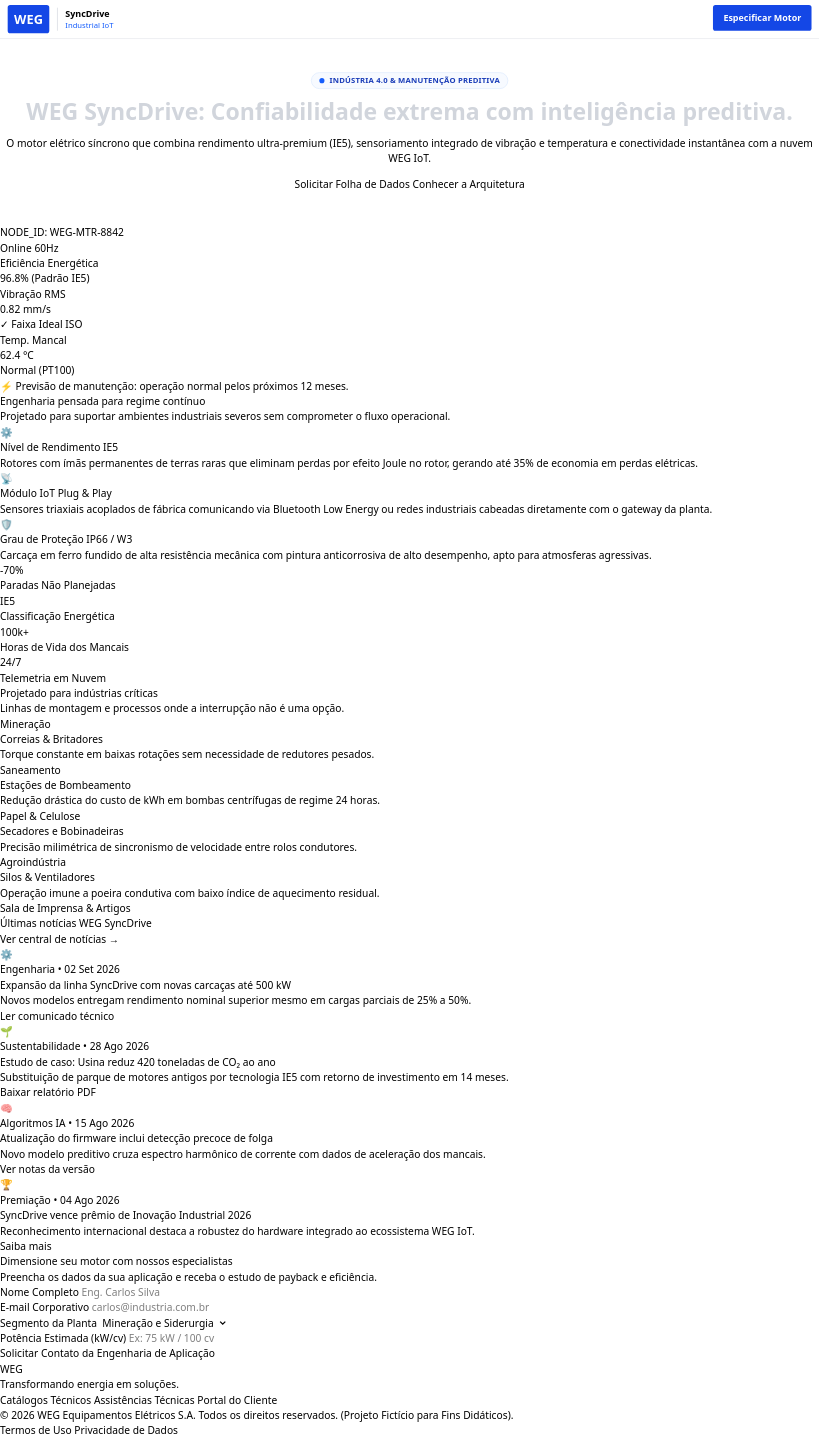
Repository: PatriciaHorst/tailwind-base
Page: index.html
These files come from the project's save history. The page is drawn as it stood at one moment and after the next save; the edit follows.
The browser window is 1280 px wide. The pictures show the whole page, at 64% of full size.

Above is the page before, as saved 2026-09-08 20:01:18.

### index.html
<!DOCTYPE html>
<html lang="pt-BR">
<head>
  <meta charset="UTF-8">
  <meta name="viewport" content="width=device-width, initial-scale=1.0">
  <title>WEG SyncDrive IoT - Exercício Tailwind CSS</title>
  <script src="https://cdn.jsdelivr.net/npm/@tailwindcss/browser@4"></script>
</head>
<body>

  <!-- ==========================================
       1. HEADER / NAVBAR
       Desafio:
       - Fixar no topo (sticky top-0) com fundo translúcido/blur.
       - Logo WEG em destaque com fundo azul industrial.
       - Menu oculto em telas pequenas e visível em lg:.
  =========================================== -->
  <header>
    <div class="flex flex-row justify-between border-b-1 border-gray-200">
      <div class="flex flex-row mx-3 my-2 gap-3 " >
        <div class="bg-blue-700 text-xl font-black text-white px-2.5 py-2 rounded">
          WEG
        </div>
        <div class="flex flex-col pl-3 my-1 border-l-1  border-gray-300" >
          <span class="font-bold text-sm">SyncDrive</span>
          <span class=" text-xs text-blue-600 ">Industrial IoT</span>
        </div>
      </div>

      <nav class="hidden">
        <a href="#solucao">A Solução</a>
        <a href="#recursos">Tecnologia</a>
        <a href="#metricas">Performance</a>
        <a href="#aplicacoes">Aplicações</a>
        <a href="#novidades">Notícias</a>
      </nav>

      <div class=" flex flex-col mx-3 my-2">
        <a class="hidden" href="#contato">Falar com Consultor</a>
        <a  class=" bg-blue-700 text-sm text-white font-semibold px-4 py-2.5 rounded" href="#contato">Especificar Motor</a>
      </div>
    </div>
  </header>

  <main>
    <!-- ==========================================
         2. HERO SECTION
         Desafio:
         - Layout em grid de 2 colunas no desktop (texto + painel de telemetria).
         - Centralizado no mobile, alinhado à esquerda em lg:.
         - Estilizar o card escuro de telemetria com badges e status.
    =========================================== -->
    <section id="solucao">
      <div>
        <div class="flex flex-col">

          <!-- Coluna 1: Conteúdo Textual -->
          <div class="flex flex-col my-13 items-center gap-4">
            <div class="inline-flex items-center gap-2 rounded-full border border-blue-100 bg-blue-50/50 px-3 py-1 text-xs font-semibold tracking-wide text-blue-800 mx-11 ">
              <span class="h-2 w-2 rounded-full bg-blue-600"></span>
              <span>INDÚSTRIA 4.0 & MANUTENÇÃO PREDITIVA</span>
            </div>
            <h1 class="flex flex-col text-center text-gray-300 text-4xl font-black px-1 gap-2 ">WEG SyncDrive: Confiabilidade extrema com inteligência preditiva.</h1>
            <p class=" mx-0.5 text-center">
              O motor elétrico síncrono que combina rendimento ultra-premium (IE5), sensoriamento integrado de vibração e temperatura e conectividade instantânea com a nuvem WEG IoT.
            </p>
            <div>
              <a href="#contato">Solicitar Folha de Dados</a>
              <a href="#recursos">Conhecer a Arquitetura</a>
            </div>
          </div>

          <!-- Coluna 2: Card de Telemetria IoT -->
          <div>
            <div>
              <div>
                <span>NODE_ID: WEG-MTR-8842</span>
                <div>
                  <span></span>
                  <span>Online 60Hz</span>
                </div>
              </div>

              <div>
                <div>
                  <span>Eficiência Energética</span>
                  <div>96.8% <span>(Padrão IE5)</span></div>
                </div>

                <div>
                  <div>
                    <span>Vibração RMS</span>
                    <div>0.82 mm/s</div>
                    <span>✓ Faixa Ideal ISO</span>
                  </div>
                  <div>
                    <span>Temp. Mancal</span>
                    <div>62.4 °C</div>
                    <span>Normal (PT100)</span>
                  </div>
                </div>

                <div>
                  ⚡ Previsão de manutenção: operação normal pelos próximos 12 meses.
                </div>
              </div>
            </div>
          </div>

        </div>
      </div>
    </section>

    <!-- ==========================================
         3. RECURSOS / ESPECIFICAÇÕES TÉCNICAS
         Desafio:
         - Grid responsivo de 3 colunas (1 col mobile, 3 cols desktop).
         - Efeito hover nos cards com transição suave de borda ou sombra.
    =========================================== -->
    <section id="recursos">
      <div>
        <div>
          <h2>Engenharia pensada para regime contínuo</h2>
          <p>Projetado para suportar ambientes industriais severos sem comprometer o fluxo operacional.</p>
        </div>

        <div>
          <article>
            <div>⚙️</div>
            <h3>Nível de Rendimento IE5</h3>
            <p>Rotores com ímãs permanentes de terras raras que eliminam perdas por efeito Joule no rotor, gerando até 35% de economia em perdas elétricas.</p>
          </article>

          <article>
            <div>📡</div>
            <h3>Módulo IoT Plug & Play</h3>
            <p>Sensores triaxiais acoplados de fábrica comunicando via Bluetooth Low Energy ou redes industriais cabeadas diretamente com o gateway da planta.</p>
          </article>

          <article>
            <div>🛡️</div>
            <h3>Grau de Proteção IP66 / W3</h3>
            <p>Carcaça em ferro fundido de alta resistência mecânica com pintura anticorrosiva de alto desempenho, apto para atmosferas agressivas.</p>
          </article>
        </div>
      </div>
    </section>

    <!-- ==========================================
         4. MÉTRICAS / NÚMEROS INDUSTRIAIS
         Desafio:
         - Seção de alto contraste (fundo escuro slate-900).
         - Grid de 2 colunas no mobile e 4 colunas em telas maiores.
    =========================================== -->
    <section id="metricas">
      <div>
        <div>
          <div>
            <div>-70%</div>
            <div>Paradas Não Planejadas</div>
          </div>
          <div>
            <div>IE5</div>
            <div>Classificação Energética</div>
          </div>
          <div>
            <div>100k+</div>
            <div>Horas de Vida dos Mancais</div>
          </div>
          <div>
            <div>24/7</div>
            <div>Telemetria em Nuvem</div>
          </div>
        </div>
      </div>
    </section>

    <!-- ==========================================
         5. APLICAÇÕES INDUSTRIAIS
         Desafio:
         - Grid de 4 colunas adaptável (1 col mobile, 2 sm, 4 lg).
         - Uso de tags de categoria uppercase com tipografia reduzida.
    =========================================== -->
    <section id="aplicacoes">
      <div>
        <div>
          <h2>Projetado para indústrias críticas</h2>
          <p>Linhas de montagem e processos onde a interrupção não é uma opção.</p>
        </div>

        <div>
          <div>
            <span>Mineração</span>
            <h4>Correias & Britadores</h4>
            <p>Torque constante em baixas rotações sem necessidade de redutores pesados.</p>
          </div>

          <div>
            <span>Saneamento</span>
            <h4>Estações de Bombeamento</h4>
            <p>Redução drástica do custo de kWh em bombas centrífugas de regime 24 horas.</p>
          </div>

          <div>
            <span>Papel & Celulose</span>
            <h4>Secadores e Bobinadeiras</h4>
            <p>Precisão milimétrica de sincronismo de velocidade entre rolos condutores.</p>
          </div>

          <div>
            <span>Agroindústria</span>
            <h4>Silos & Ventiladores</h4>
            <p>Operação imune a poeira condutiva com baixo índice de aquecimento residual.</p>
          </div>
        </div>
      </div>
    </section>

    <!-- ==========================================
         6. NOVIDADES / NOTÍCIAS (4 ITENS)
         Desafio:
         - Cabeçalho com alinhamento justify-between.
         - 4 cards em grid: 1 col (mobile), 2 cols (md), 4 cols (lg).
         - Imagem/banner visual com gradiente em cada notícia.
         - Flexbox nos cards para fixar o link de leitura no rodapé.
    =========================================== -->
    <section id="novidades">
      <div>

        <div>
          <div>
            <span>Sala de Imprensa & Artigos</span>
            <h2>Últimas notícias WEG SyncDrive</h2>
          </div>
          <a href="#">Ver central de notícias →</a>
        </div>

        <div>
          <!-- Notícia 1 -->
          <article>
            <div>⚙️</div>
            <div>
              <div>
                <span>Engenharia</span>
                <span>•</span>
                <time>02 Set 2026</time>
              </div>
              <h3>
                <a href="#">Expansão da linha SyncDrive com novas carcaças até 500 kW</a>
              </h3>
              <p>Novos modelos entregam rendimento nominal superior mesmo em cargas parciais de 25% a 50%.</p>
              <a href="#">Ler comunicado técnico</a>
            </div>
          </article>

          <!-- Notícia 2 -->
          <article>
            <div>🌱</div>
            <div>
              <div>
                <span>Sustentabilidade</span>
                <span>•</span>
                <time>28 Ago 2026</time>
              </div>
              <h3>
                <a href="#">Estudo de caso: Usina reduz 420 toneladas de CO₂ ao ano</a>
              </h3>
              <p>Substituição de parque de motores antigos por tecnologia IE5 com retorno de investimento em 14 meses.</p>
              <a href="#">Baixar relatório PDF</a>
            </div>
          </article>

          <!-- Notícia 3 -->
          <article>
            <div>🧠</div>
            <div>
              <div>
                <span>Algoritmos IA</span>
                <span>•</span>
                <time>15 Ago 2026</time>
              </div>
              <h3>
                <a href="#">Atualização do firmware inclui detecção precoce de folga</a>
              </h3>
              <p>Novo modelo preditivo cruza espectro harmônico de corrente com dados de aceleração dos mancais.</p>
              <a href="#">Ver notas da versão</a>
            </div>
          </article>

          <!-- Notícia 4 -->
          <article>
            <div>🏆</div>
            <div>
              <div>
                <span>Premiação</span>
                <span>•</span>
                <time>04 Ago 2026</time>
              </div>
              <h3>
                <a href="#">SyncDrive vence prêmio de Inovação Industrial 2026</a>
              </h3>
              <p>Reconhecimento internacional destaca a robustez do hardware integrado ao ecossistema WEG IoT.</p>
              <a href="#">Saiba mais</a>
            </div>
          </article>
        </div>

      </div>
    </section>

    <!-- ==========================================
         7. FORMULÁRIO DE CONTATO / DIMENSIONAMENTO
         Desafio:
         - Inputs estilizados com focus rings.
         - Grid de formulário com campos em 2 colunas no desktop.
    =========================================== -->
    <section id="contato">
      <div>
        <div>
          <h2>Dimensione seu motor com nossos especialistas</h2>
          <p>Preencha os dados da sua aplicação e receba o estudo de payback e eficiência.</p>
        </div>

        <form>
          <div>
            <div>
              <label>Nome Completo</label>
              <input type="text" placeholder="Eng. Carlos Silva">
            </div>
            <div>
              <label>E-mail Corporativo</label>
              <input type="email" placeholder="carlos@industria.com.br">
            </div>
          </div>

          <div>
            <div>
              <label>Segmento da Planta</label>
              <select>
                <option>Mineração e Siderurgia</option>
                <option>Papel e Celulose</option>
                <option>Saneamento e Água</option>
                <option>Química e Petroquímica</option>
                <option>Alimentos e Bebidas</option>
              </select>
            </div>
            <div>
              <label>Potência Estimada (kW/cv)</label>
              <input type="text" placeholder="Ex: 75 kW / 100 cv">
            </div>
          </div>

          <button type="submit">Solicitar Contato da Engenharia de Aplicação</button>
        </form>
      </div>
    </section>
  </main>

  <!-- ==========================================
       8. RODAPÉ / FOOTER
       Desafio:
       - Layout corporativo com tipografia sutil.
       - Disposição em flexbox responsivo (colunas empilhadas no mobile, linha no desktop).
  =========================================== -->
  <footer>
    <div>
      <div>
        <div>
          <div>WEG</div>
          <span>Transformando energia em soluções.</span>
        </div>
        <div>
          <a href="#">Catálogos Técnicos</a>
          <a href="#">Assistências Técnicas</a>
          <a href="#">Portal do Cliente</a>
        </div>
      </div>
      <div>
        <p>© 2026 WEG Equipamentos Elétricos S.A. Todos os direitos reservados. (Projeto Fictício para Fins Didáticos).</p>
        <div>
          <a href="#">Termos de Uso</a>
          <a href="#">Privacidade de Dados</a>
        </div>
      </div>
    </div>
  </footer>

</body>
</html>

After the next save:
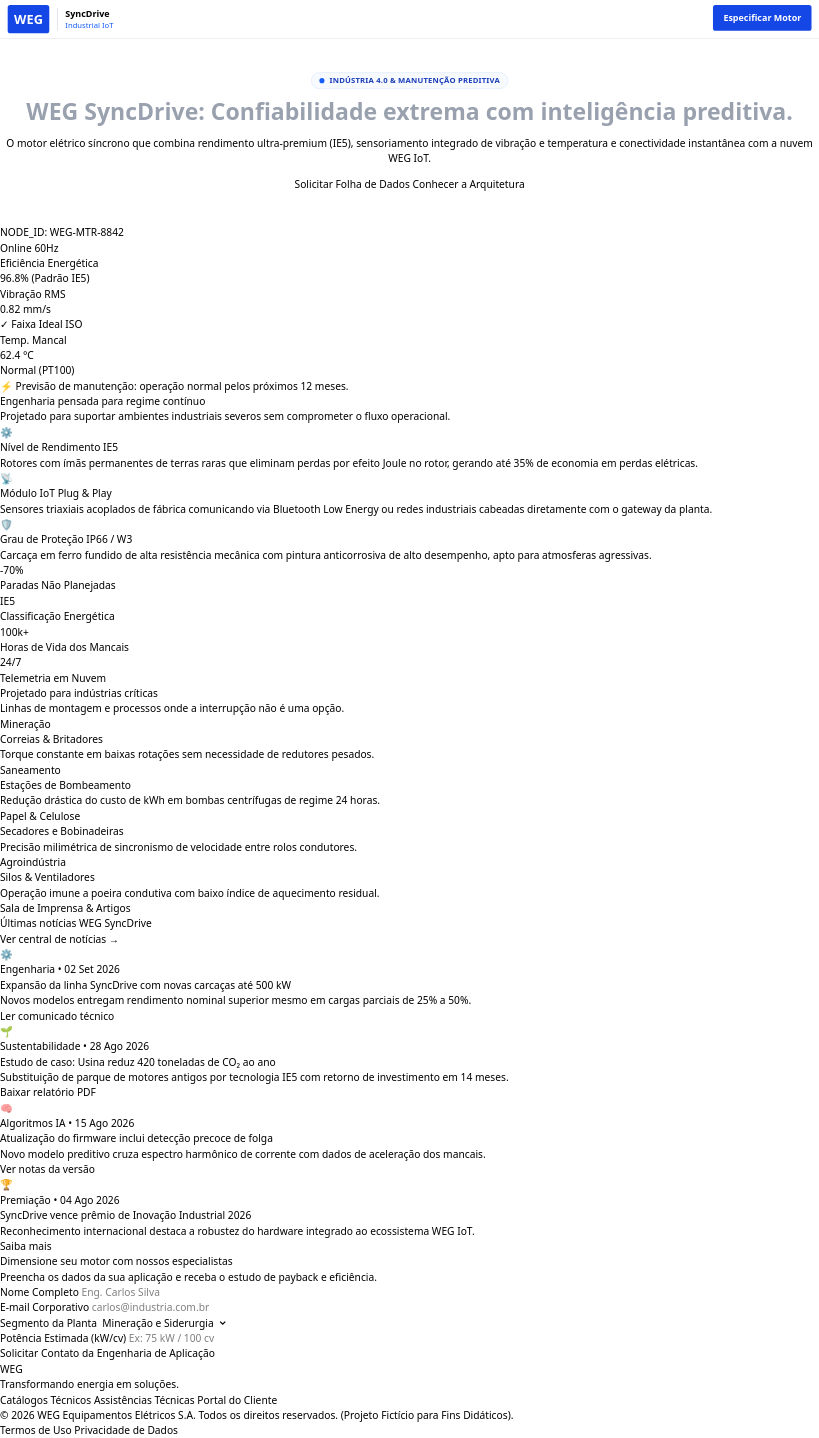
Saved 6 s later.
--- a/index.html
+++ b/index.html
@@ -60,7 +60,7 @@
               <span class="h-2 w-2 rounded-full bg-blue-600"></span>
               <span>INDÚSTRIA 4.0 & MANUTENÇÃO PREDITIVA</span>
             </div>
-            <h1 class="flex flex-col text-center text-gray-300 text-4xl font-black px-1 gap-2 ">WEG SyncDrive: Confiabilidade extrema com inteligência preditiva.</h1>
+            <h1 class="flex flex-col text-center text-gray-400 text-4xl font-black px-1 gap-2 ">WEG SyncDrive: Confiabilidade extrema com inteligência preditiva.</h1>
             <p class=" mx-0.5 text-center">
               O motor elétrico síncrono que combina rendimento ultra-premium (IE5), sensoriamento integrado de vibração e temperatura e conectividade instantânea com a nuvem WEG IoT.
             </p>
